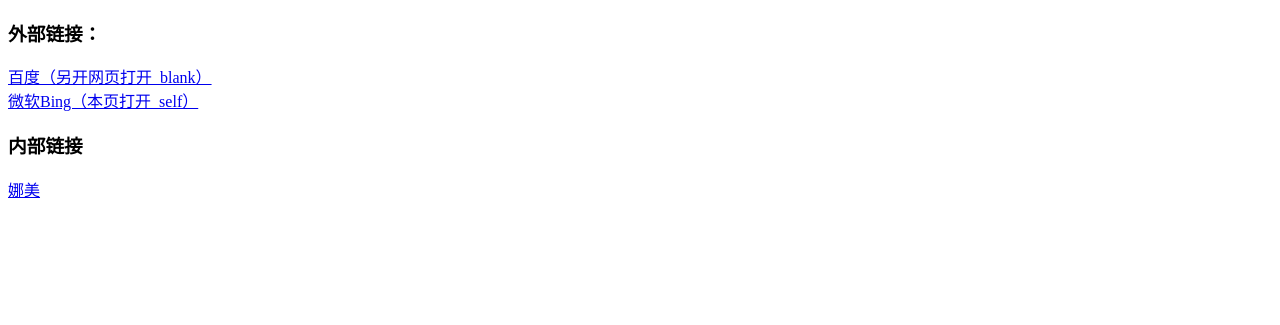
Repository: weizhang05g/learninghtml
Page: 链接标签.html
These files come from the project's save history. The page is drawn as it stood at one moment and after the next save; the edit follows.
The browser window is 1280 px wide. The pictures show the whole page.

Above is the page before, as saved 2019-12-19 11:57:35.

After the next save:
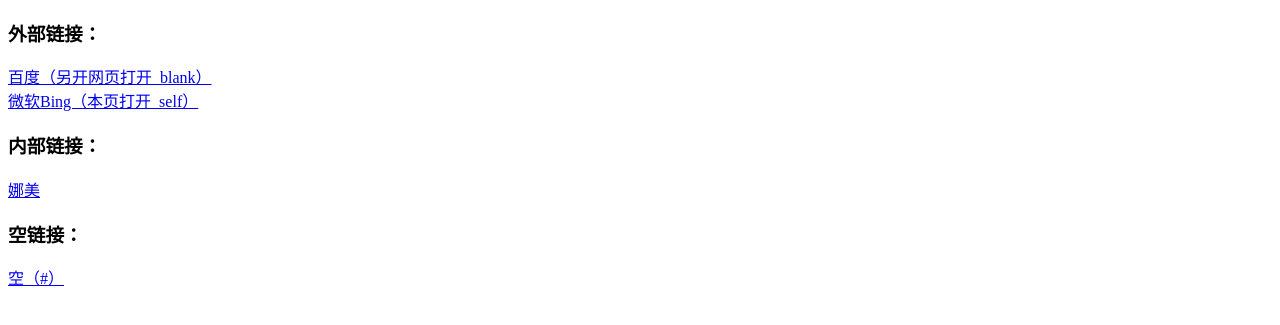
Saved 70 s later.
--- a/链接标签.html
+++ b/链接标签.html
@@ -12,7 +12,9 @@
     <br>
     <a href="http://cn.bing.com" target="_self" rel="noopener noreferrer">微软Bing（本页打开_self）</a>
     <br>
-    <h3>内部链接</h3>
+    <h3>内部链接：</h3>
     <a href="图像标签.html">娜美</a>
+    <h3>空链接：</h3>
+    <a href="#">空（#）</a>
 </body>
 </html>
